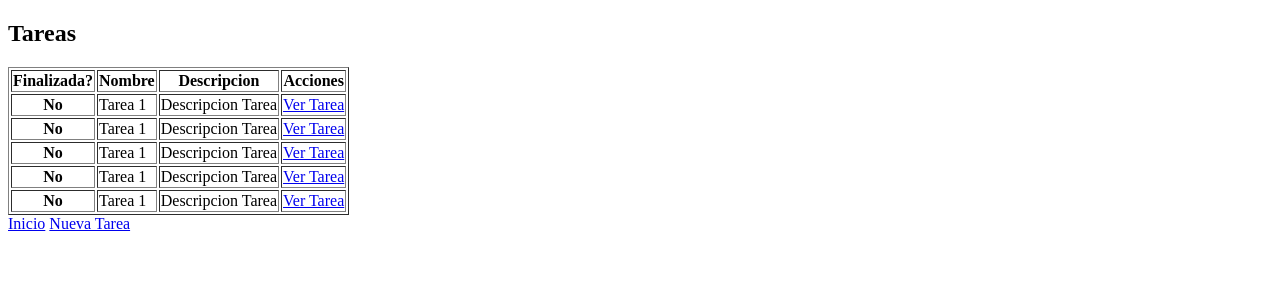
Repository: Alemartinez97/New-Repository
Page: tareas/lista.html
The author's editor kept a copy of each file at every save. The page is drawn from the files as they stood at one save, then again after the next save.
The browser window is 1280 px wide. The pictures show the whole page.

Above is the page before, as saved 2020-06-11 14:48:14.

After the next save:
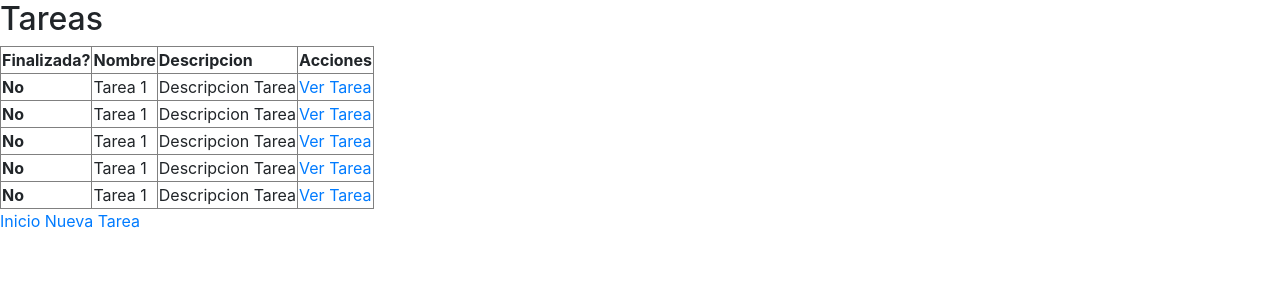
Saved 2 s later.
--- a/tareas/lista.html
+++ b/tareas/lista.html
@@ -4,6 +4,7 @@
     <meta charset="UTF-8">
     <meta name="viewport" content="width=device-width, initial-scale=1.0">
     <title>Tareas</title>
+    <link rel="stylesheet" href="https://stackpath.bootstrapcdn.com/bootstrap/4.5.0/css/bootstrap.min.css" integrity="sha384-9aIt2nRpC12Uk9gS9baDl411NQApFmC26EwAOH8WgZl5MYYxFfc+NcPb1dKGj7Sk" crossorigin="anonymous">
 </head>
 <body>
     <table border="1">
